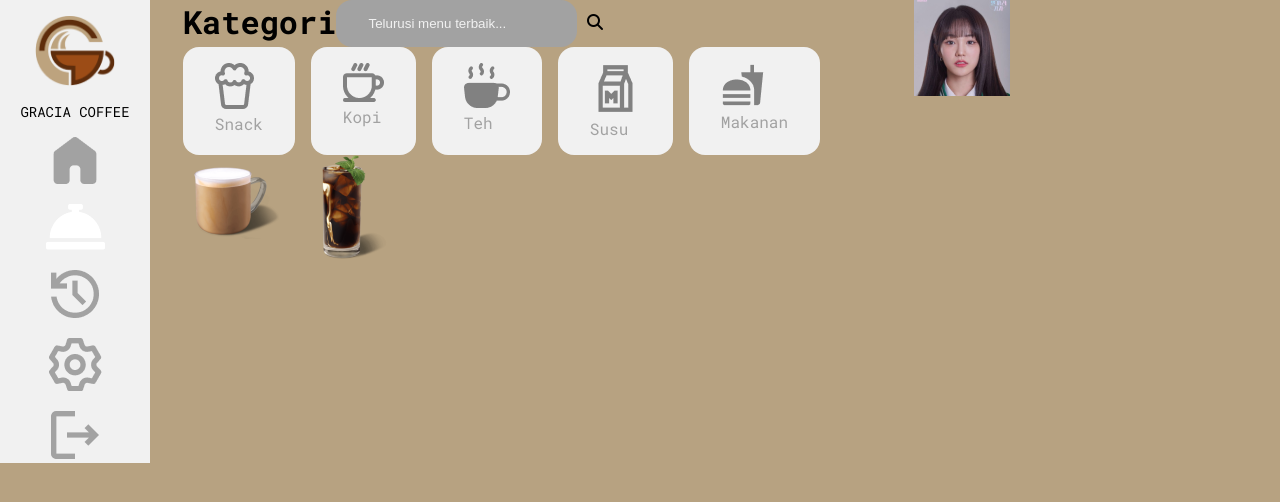
Repository: DanielChuaaa/sbd2
Page: index.html
An editor plug-in stored every save of this project. The page is shown before and after a run of saves, followed by the edit.
The browser window is 1280 px wide. The pictures show the whole page.
Some web libraries are served in a nearby version.

Above is the page before, as saved 2023-10-20 11:18:09.

After the next 2 saves:
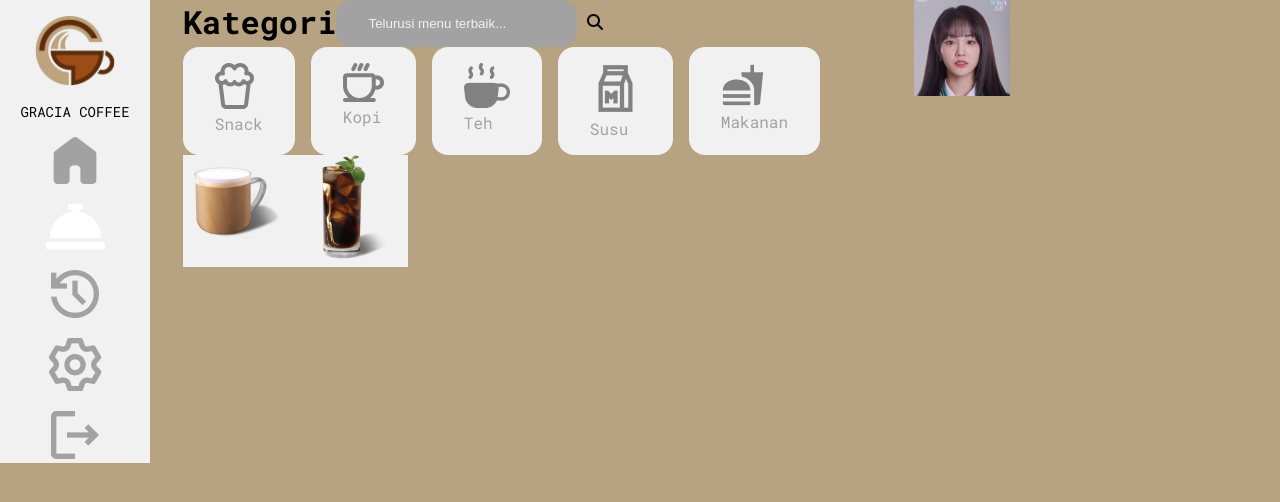
The 2 saves are shown as one change because they came seconds apart.
The last was saved 27 s later.
--- a/style.css
+++ b/style.css
@@ -89,3 +89,11 @@ body{
 .orderMenu{
     display: flex;
 }
+
+.menu1{
+    background: var(--clr-neutral-500)
+}
+
+.menu2{
+    background: var(--clr-neutral-500);
+}
